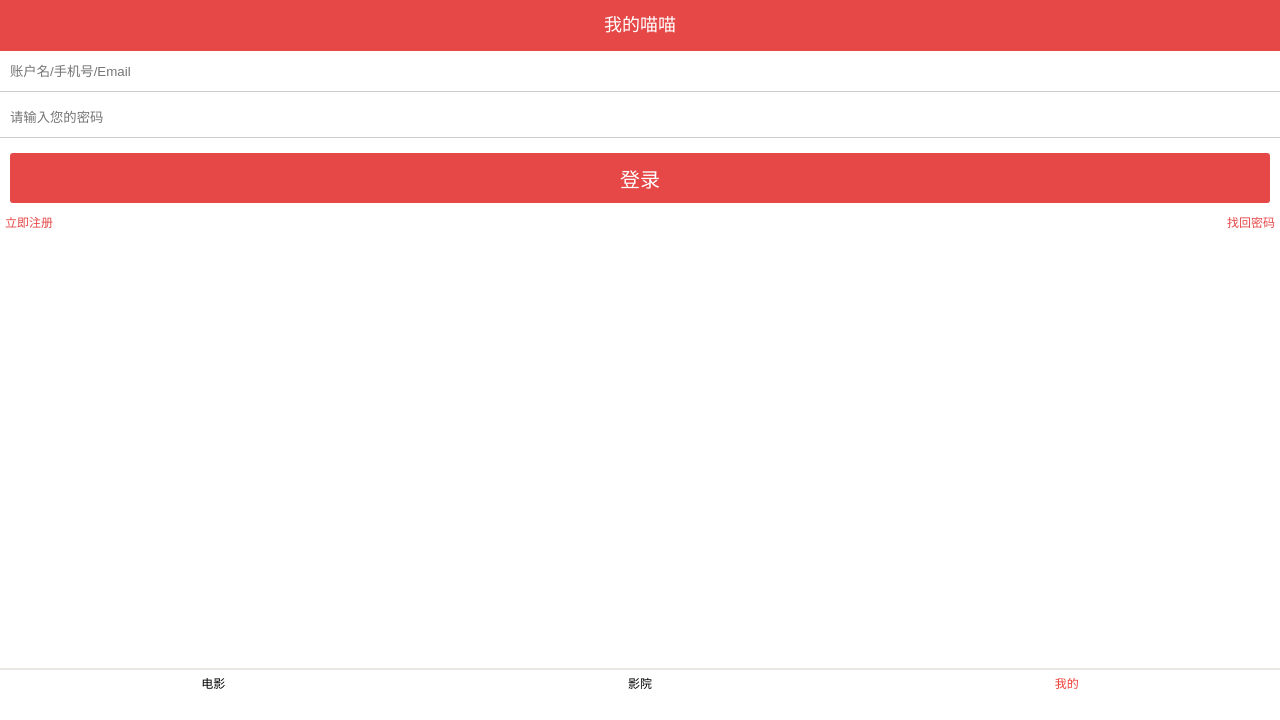
Repository: X-J-0/miaomiao_film
Page: /mine/login (app in miaomiao/)
These files come from the project's save history. The page is drawn as it stood at one moment and after the next save; the edit follows.
The browser window is 1280 px wide. The pictures show the whole page.
The project was rebuilt for these pictures with package versions that can differ from the ones it lists, and the page was loaded fresh each time. Also part of the build but not shown: miaomiao/vue.config.js, miaomiao/src/components/loading/index.vue.

Above is the page before, as saved 2020-07-30 11:21:30.

### miaomiao/public/index.html
<!DOCTYPE html>
<html lang="en">
  <head>
    <meta charset="utf-8">
    <meta http-equiv="X-UA-Compatible" content="IE=edge">
    <meta name="viewport" content="width=device-width,initial-scale=1.0,user-scalable=no">
    <link rel="icon" href="<%= BASE_URL %>favicon.ico">
    <link rel="stylesheet" href="<%= BASE_URL %>css/common.css">
    <!-- <link rel="stylesheet" href="<%= BASE_URL %>css/common.css"> -->
    <title><%= htmlWebpackPlugin.options.title %></title>
  </head>
  <body>
    <noscript>
      <strong>We're sorry but <%= htmlWebpackPlugin.options.title %> doesn't work properly without JavaScript enabled. Please enable it to continue.</strong>
    </noscript>
    <div id="app">喵喵网努力加载中...</div>
    <!-- built files will be auto injected -->
  <style>
    #app{display:flex;}
    #app div{margin:auto;}
  </style>
  </body>
</html>

### miaomiao/src/main.js
import Vue from 'vue'
import App from './App.vue'
import router from './router'
import store from './store'
import axios from 'axios'
Vue.prototype.axios = axios;
Vue.filter('setWH',(url,arg)=>{
  return url.replace(/w\.h/,arg);
});


import Loading from '@/components/loading'
Vue.component('Loading',Loading);

Vue.config.productionTip = false

new Vue({
  router,
  store,
  render: h => h(App)
}).$mount('#app')

### miaomiao/src/App.vue
<template>
    <keep-alive>
        <router-view/>
    </keep-alive>
</template>

<style lang="scss">
</style>

### miaomiao/src/router/index.js
import Vue from 'vue'
import VueRouter from 'vue-router'
import movieRouter from './movie'
import mineRouter from './mine'
import cinemaRouter from './cinema'
import adminRouter from './admin'

Vue.use(VueRouter)


const router = new VueRouter({
  mode: 'history',
  base: process.env.BASE_URL,
  routes: [
    movieRouter,
    mineRouter,
    cinemaRouter,
    adminRouter,
    {
      path:'/*',
      redirect:'/movie'
    }
  ]
})

export default router

### miaomiao/src/store/index.js
import Vue from 'vue'
import Vuex from 'vuex'
import city from './city'
import user from './user'

Vue.use(Vuex)

export default new Vuex.Store({
  state: {
  },
  mutations: {
  },
  actions: {
  },
  modules: {
  },
  modules:{
    city,
    user
  }
})

### miaomiao/src/router/movie/index.js
export default {
    path:'/movie',
    component : () => import('@/views/Movie'),
    children:[
        {
            path:'city',
            component:()=>import('@/components/City')
        },
        {
            path:'nowPlaying',
            component:()=>import('@/components/NowPlaying')
        },
        {
            path:'comingSoon',
            component:()=>import('@/components/ComingSoon')
        },
        {
            path:'search',
            component:()=>import('@/components/Search')
        },
        {
            path:'detail/:movieId',
            components:{
                detail:()=>import('@/views/Movie/detail')
            },
            props:{
                detail:true
            }
        },
        {
            path:'/movie',
            redirect:'/movie/nowPlaying'
        }
    ]
}

### miaomiao/src/router/mine/index.js
export default {
    path:'/mine',
    component : () => import('@/views/Mine'),
    children:[
        {
            path:'center',
            component:()=>import('@/views/Mine/center.vue')
        },
        {
            path:'login',
            component:()=>import('@/components/Login')
        },
        {
            path:'register',
            component:()=>import('@/components/Register')
        },
        {
            path:'findPassword',
            component:()=>import('@/components/FindPassword')
        },
        {
            path:'/mine',
            redirect:'center'
        }
    ]
}

### miaomiao/src/router/cinema/index.js
export default {
    path:'/cinema',
    component : () => import('@/views/Cinema'),
    children:[
        {
            path:'allocate',
            component:()=>import('@/components/Allocate')
        },
        {
            path:'brand',
            component:()=>import('@/components/Brand')
        },
        {
            path:'special',
            component:()=>import('@/components/Special')
        },
        {
            path:'/cinema',
            redirect:'/cinema/allocate'
        }
    ]
}

### miaomiao/src/router/admin/index.js
export default {
    path:'/admin',
    component : () => import('@/views/Admin')
}

### miaomiao/src/store/city/index.js
const state = {
    nm:window.localStorage.getItem('nowNm') || '北京',
    id:window.localStorage.getItem('nowId') || 1
};
const actions = {

};
const mutations = {
    CITY_INFO(state,payload){
        state.nm = payload.nm;
        state.id = payload.id;
    }
};
export default{
    namespaced:true,
    state,
    actions,
    mutations
}

### miaomiao/src/store/user/index.js
const state = {
    name:'',
    admin:false
};
const actions = {

};
const mutations = {
    USER_NAME(state,payload){
        state.name = payload.name;
        state.admin = payload.admin;
    }
};
export default{
    namespaced:true,
    state,
    actions,
    mutations
}

### miaomiao/src/views/Mine/index.vue
<template>
    <div id="main">
        <Header title="我的喵喵"/>
        <div id="content">
          <router-view/>
        </div>
        <TabBar />
    </div>
</template>

<script>

import Header from '@/components/Header';
import TabBar from '@/components/TabBar';
import Login  from '@/components/Login';

export default {
  name:'Mine',
    components : {
    Header,
    TabBar,
    Login
  }
}
</script>

<style scoped>

</style>

### miaomiao/src/components/Login/index.vue
<template>
<div class="login_body">
    <div>
        <input v-model="username" class="login_text" type="text" placeHolder="账户名/手机号/Email">
    </div>
    <div>
        <input v-model="password" class="login_text" type="password" placeHolder="请输入您的密码">
    </div>
    <div class="login_btn">
        <input type="submit" value="登录" @click="handleToLogin">
    </div>
    <div class="login_link">
        <router-link to="/mine/register">立即注册</router-link>
        <router-link to="/mine/findpassword">找回密码</router-link>
    </div>
</div>
</template>

<script>
export default {
  name:'Login',
  data(){
   return {
      username:'',
      password:''
   }
  },
  methods:{
      handleToLogin(){
          this.axios.post('/api2/users/login',{
              username:this.username,
              password:this.password
          }).then((res)=>{
              console.log(res);
              var status = res.data.status;
              console.log(status);
              if(status === 0){
                  this.$router.push('/mine/center');
              }else{
                  alert('登录失败');
              }
          })
      }
  }
}
</script>

<style scoped>
#content .login_body{width:100%;}
.login_body .login_text{width:100%;height:40px;border:none;border-bottom:1px #ccc solid;margin-bottom:5px;outline:none;text-indent:10px;}
.login_body .login_btn{height:50px;margin:10px;}
.login_body .login_btn input{width:100%;height:100%;background-color:#e54847;border-radius: 3px;border:none;display:block;color:white;font-size:20px;}
.login_body .login_link{display: flex;justify-content: space-between;}
.login_body .login_link a{text-decoration: none;margin:0 5px;font-size:12px;color:#e54847;}
</style>

### miaomiao/src/components/Header/index.vue
<template>
    <header id="header">
        <slot></slot><h1>{{title}}</h1>
    </header>
</template>

<script>
export default {
  name:'Header',
  props:{
      title:{
          type:String,
          default:'喵喵电影'
      }
  }
}
</script>

<style scoped>
#header{width:100%;height:50px;color:#fff;background-color: #e54847;border-bottom:1px solid #e54847;position: relative;}
#header h1{font-size:18px;text-align: center;line-height: 50px; font-weight: normal;}
#header i{position:absolute;left:5px;top:50%;margin-top:-13px;font-size:26px;}
</style>

### miaomiao/src/components/TabBar/index.vue
<template>
    <footer id="footer">
        <ul>
            <router-link tag="li" to="/movie">
                <!-- <i class="iconfont icon-dianying"></i> -->
                <p>电影</p>
            </router-link>
            <router-link tag="li" to="/cinema">
                <!-- <i class="iconfont icon-yingyuan"></i> -->
                <p>影院</p>
            </router-link>
            <router-link tag="li" to="/mine">
                <!-- <i class="iconfont icon-dianying"></i> -->
                <p>我的</p>
            </router-link>
        </ul>
    </footer>
</template>

<script>
export default {
  name:'Footer',
  data(){
   return {

   }
  }
}
</script>

<style scoped>
#footer{width:100%; height:50px;background-color: #fff;border-top:2px #ebe8e3 solid;position:fixed;left:0;bottom:0;}
#footer ul{display:flex;text-align: center;height:50px;align-items:center;}
#footer ul li{flex:1;height:40px;}
#footer ul li.active{color:#f03d37;}
#footer ul li.router-link-active{color:#f03d37;}
#footer ul i{font-size:20px;}
#footer ul p{font-size:12px;line-height:18px;}
</style>

### miaomiao/public/css/common.css
*{ margin : 0; padding : 0;}
ul,li{ list-style: none}
img{ display: block}
html, body{ height:100%}
.clearfix:after{ content:""; display:block; clear:both}
#main{ height: 100%; display: flex; flex-direction: column;}
#content{ flex:1; overflow:auto; margin-bottom: 50px;position: relative;display: flex;flex-direction: column;}

After the next save:
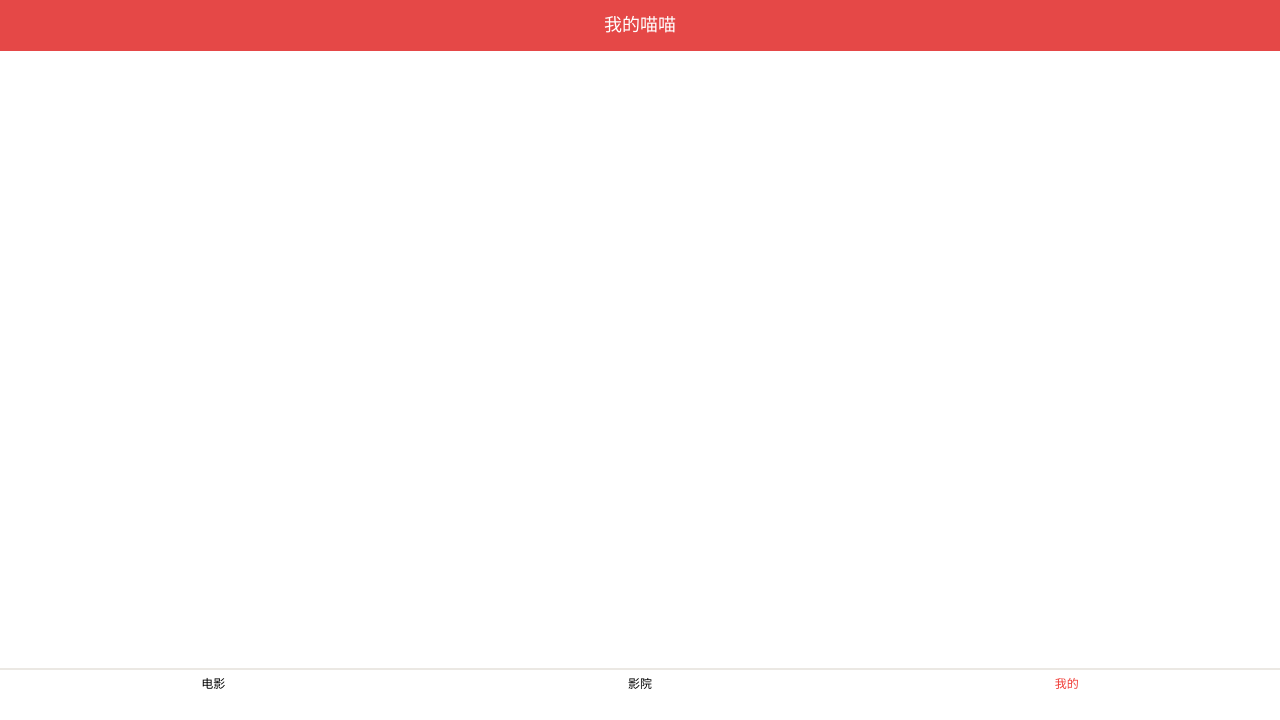
Saved 51 s later.
--- a/miaomiao/src/views/Mine/index.vue
+++ b/miaomiao/src/views/Mine/index.vue
@@ -2,7 +2,7 @@
     <div id="main">
         <Header title="我的喵喵"/>
         <div id="content">
-          <router-view/>
+          <!-- <router-view/> -->
         </div>
         <TabBar />
     </div>

After the save that followed:
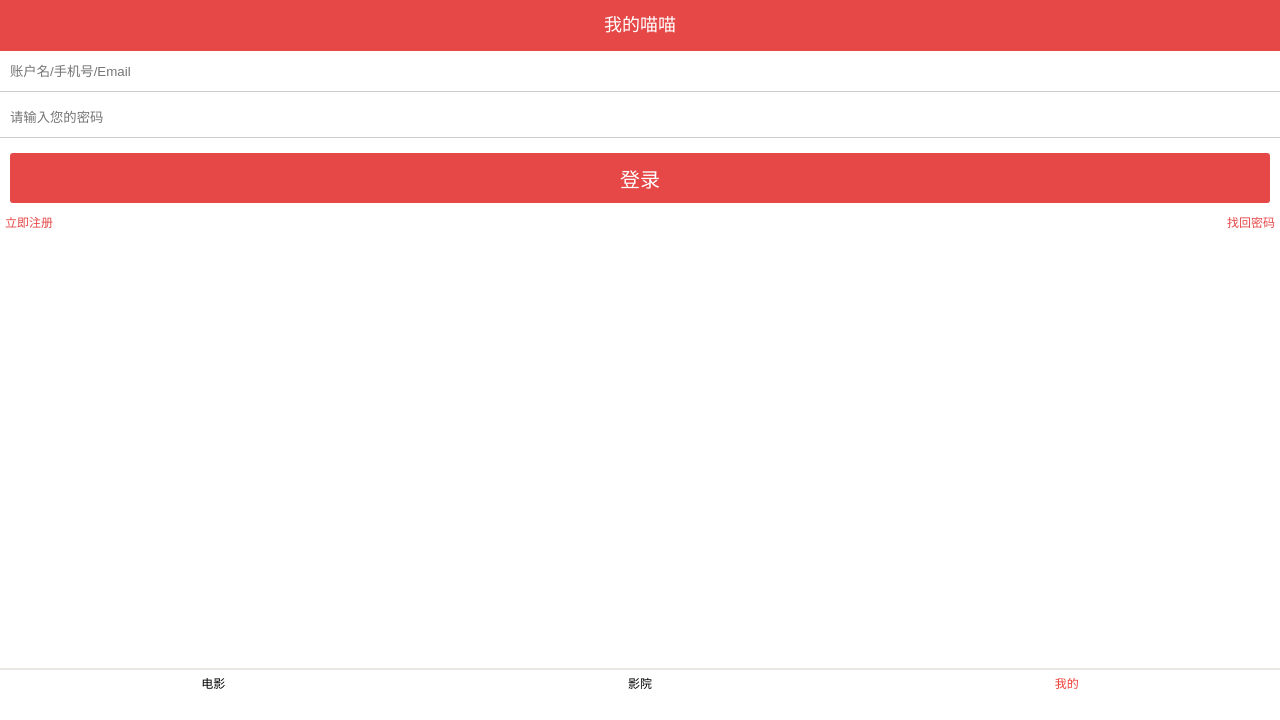
Saved 11 s later.
--- a/miaomiao/src/views/Mine/index.vue
+++ b/miaomiao/src/views/Mine/index.vue
@@ -2,7 +2,7 @@
     <div id="main">
         <Header title="我的喵喵"/>
         <div id="content">
-          <!-- <router-view/> -->
+          <router-view/>
         </div>
         <TabBar />
     </div>
